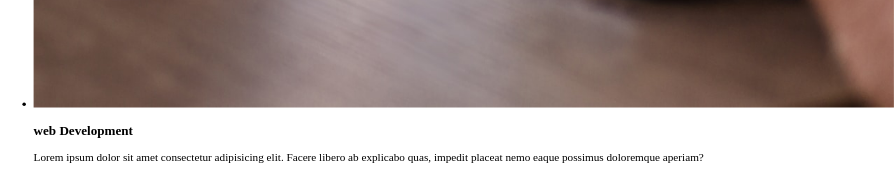
Repository: ErikBaer/MobileFirst
Page: index.html
These files come from the project's save history. The page is drawn as it stood at one moment and after the next save; the edit follows.
The browser window is 1280 px wide. The pictures show the part of the page from y = 912 to 2832 px (the page is 1162 px tall before and 2985 px after), at 70% of full size.

Above is the page before, as saved 2020-02-15 02:18:49.

After the next save:
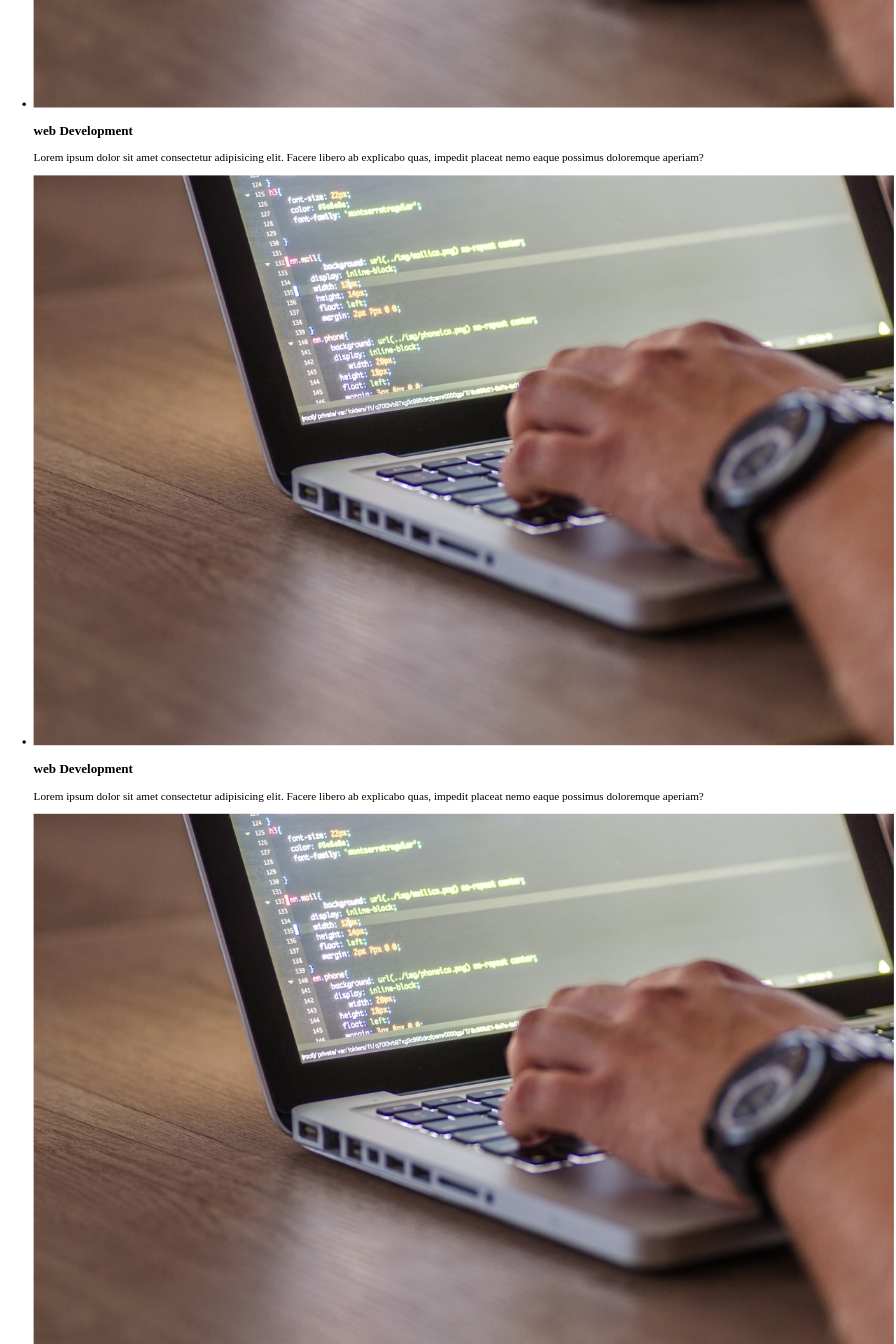
Saved 63 s later.
--- a/index.html
+++ b/index.html
@@ -51,6 +51,30 @@
                     </div>
                 </div>
             </li>
+            <li>
+                <div class="card">
+                    <img src="./Assets/Coding-Person.jpg" alt="">
+                    <div class="card-content">
+                        <h3 class="card-title">web Development</h3>
+                        <p>Lorem ipsum dolor sit amet consectetur
+                            adipisicing elit. Facere libero ab explicabo
+                            quas, impedit placeat nemo eaque possimus
+                            doloremque aperiam?</p>
+                    </div>
+                </div>
+            </li>
+            <li>
+                <div class="card">
+                    <img src="./Assets/Coding-Person.jpg" alt="">
+                    <div class="card-content">
+                        <h3 class="card-title">web Development</h3>
+                        <p>Lorem ipsum dolor sit amet consectetur
+                            adipisicing elit. Facere libero ab explicabo
+                            quas, impedit placeat nemo eaque possimus
+                            doloremque aperiam?</p>
+                    </div>
+                </div>
+            </li>
         </ul>
     </section>
 </main>
